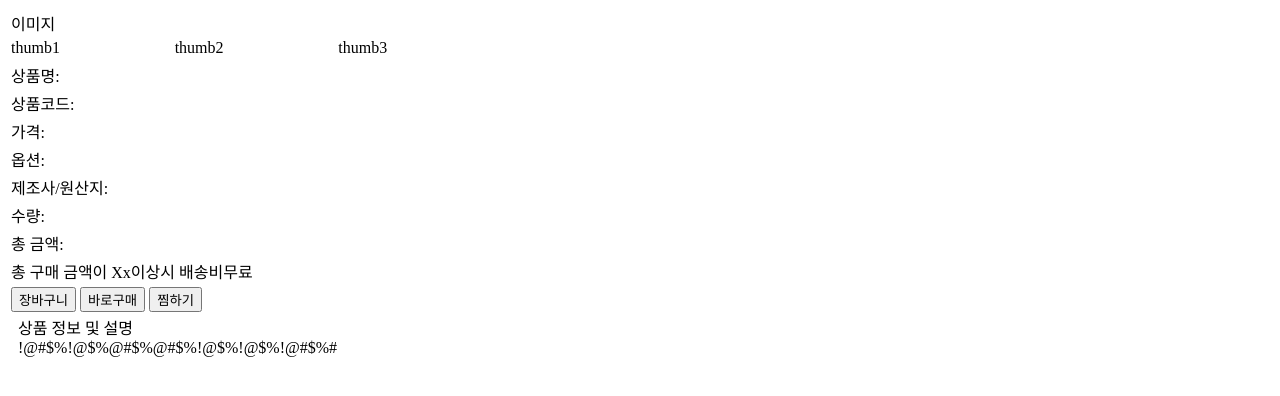
Repository: heeya90/ProjectShoppingMall
Page: http://localhost/ProjectShoppingMall/goods/goods_view.jsp
The author's editor kept a copy of each file at every save. The page is drawn from the files as they stood at one save, then again after the next save.
The browser window is 1280 px wide. The pictures show the whole page.
The page is served by Tomcat 9.

Above is the page before, as saved 2012-07-30 08:17:49.

### ProjectShoppingMall/WebContent/goods/goods_view.jsp
<%@ page language="java" contentType="text/html; charset=EUC-KR"
    pageEncoding="EUC-KR"%>

	<div style="width:39%">
		<table style="align:center; width:100%">
			<tr>
				<td colspan="3">
					이미지
				</td>
			</tr>
			<tr>
				<td>thumb1</td>
				<td>thumb2</td>
				<td>thumb3</td>
		</table>
	</div>

	<div style="width:59%">
		<table style="align:center; width:100%">
			<tr>
				<td class="jw_td_left" width="40%">
					<label>상품명:</label></td>
				<td class="jw_td_center1">
					<label></label></td>
			</tr>
			<tr>
				<td class="jw_td_left">
					<label>상품코드:</label></td>
				<td class="jw_td_center1">
					<label></label></td>
			</tr>
			<tr>
				<td class="jw_td_left">
					<label>가격:</label></td>
				<td class="jw_td_center1">
					<label></label></td>
			</tr>
			<tr>
				<td class="jw_td_left">
					<label>옵션:</label></td>
				<td class="jw_td_center1">
					<label></label></td>
			</tr>
			<tr>
				<td class="jw_td_left">
					<label>제조사/원산지:</label></td>
				<td class="jw_td_center1">
					<label></label></td>
			</tr>
			<tr>
				<td class="jw_td_left">
					<label>수량:</label></td>
				<td class="jw_td_center1">
					<label></label></td>
			</tr>
			<tr>
				<td class="jw_td_left">
					<label>총 금액:</label></td>
				<td class="jw_td_center1">
					<label></label></td>
			</tr>
			<tr>
				<td class="jw_td_center1" colspan="2">
					<label class="jw_lbl_title">총 구매 금액이 Xx이상시 배송비무료</label></td>
			</tr>
			<tr>
				<td class="jw_td_center1" colspan="2" >
					<input type="button" value="장바구니">
					<input type="button" value="바로구매">
					<input type="button" value="찜하기">
				</td>
			</tr>
		</table>
	</div>

	<div style="width:99%; padding-left: 10px">
		<label class="jw_lbl_title">상품 정보 및 설명</label> <br/>
		<label >!@#$%!@$%@#$%@#$%!@$%!@$%!@#$%#</label>
	</div>

After the next save:
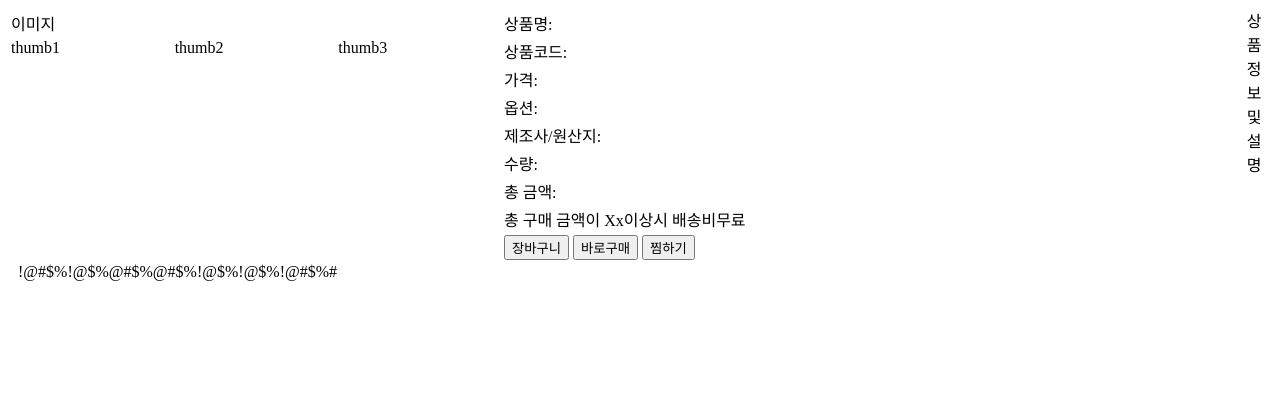
Saved 56 s later.
--- a/ProjectShoppingMall/WebContent/goods/goods_view.jsp
+++ b/ProjectShoppingMall/WebContent/goods/goods_view.jsp
@@ -1,7 +1,7 @@
 <%@ page language="java" contentType="text/html; charset=EUC-KR"
     pageEncoding="EUC-KR"%>
 
-	<div style="width:39%">
+	<div style="width:39%; float:left">
 		<table style="align:center; width:100%">
 			<tr>
 				<td colspan="3">
@@ -15,7 +15,7 @@
 		</table>
 	</div>
 
-	<div style="width:59%">
+	<div style="width:59%; float:left">
 		<table style="align:center; width:100%">
 			<tr>
 				<td class="jw_td_left" width="40%">
